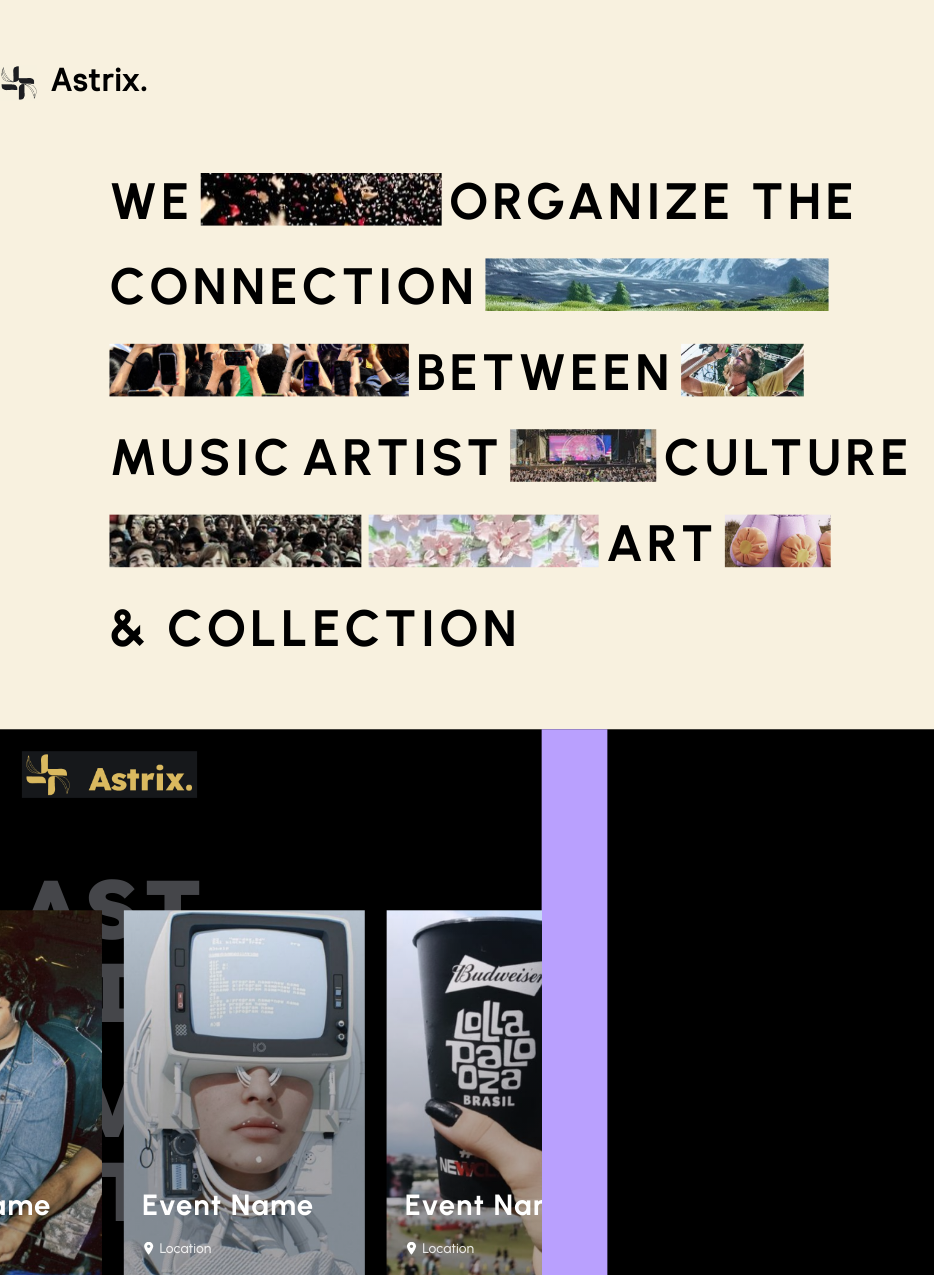
Repository: sharma171/astrix
Page: /
An editor plug-in stored every save of this project. The page is shown before and after a run of saves, followed by the edit.
The browser window is 1280 px wide. The pictures show the whole page, at 73% of full size.
The project was rebuilt for these pictures with package versions that can differ from the ones it lists, and the page was loaded fresh each time.

Above is the page before, as saved 2024-05-20 15:17:38.

### src/index.jsx
import React from 'react';
import ReactDOM from 'react-dom/client';
// import './index.css';
import App from './App';
import reportWebVitals from './reportWebVitals';

const root = ReactDOM.createRoot(document.getElementById('root'));
root.render(
  // <React.StrictMode>
    <App />
  // </React.StrictMode>
);

// If you want to start measuring performance in your app, pass a function
// to log results (for example: reportWebVitals(console.log))
// or send to an analytics endpoint. Learn more: https://bit.ly/CRA-vitals
reportWebVitals();

### src/App.jsx
import React from "react";
import { BrowserRouter as Router, Route, Routes } from "react-router-dom";
import Home from "./Home";
import "./component/main.css";
//fonts
import "./fonts/FUTURA45LIGHT.TTF";
import "./fonts/FUTURA55REGULAR.TTF";
import "./fonts/FUTURA65MEDIUM.TTF";
import "./fonts/FUTURA75BOLD.TTF";

function App() {
  return (
    <div>
      <Router>
        <Routes>
          <Route path="/" element={<Home/>} />
        </Routes>
      </Router>
    </div>
  );
}
export default App;

### src/Home.jsx
import React, { useState } from 'react';
import Hero from "./component/hero";
import HomeSection from './component/homesection';
const Home = () => {
    const [heroActive, setHeroActive] = useState(false);
    const handleActive = () => {
        setHeroActive(!heroActive);
    }
    return(
        <div>
            <div className={`floating-hero ${heroActive ? 'active' : ''}`} onClick={handleActive}>
                <Hero />
            </div>
            <div className="homesection">
                <HomeSection />
            </div>
        </div>
    );
}
export default Home;

### src/component/main.css
@import url('https://fonts.googleapis.com/css2?family=Urbanist:ital,wght@0,100..900;1,100..900&display=swap');

@font-face {
    font-family: "sebino";
    src: local("sebino"),
     url("../fonts/Sebino-Regular.ttf") format("truetype");
    font-weight: 500;
}
@font-face {
    font-family: "futuralight";
    src: local("futuralight"),
     url("../fonts/FUTURA45LIGHT.TTF") format("truetype");
    font-weight: light;
}
@font-face {
    font-family: "futuraregular";
    src: local("futuraregular"),
     url("../fonts/FUTURA55REGULAR.TTF") format("truetype");
    font-weight: regular;
}
@font-face {
    font-family: "futuramedium";
    src: local("futuramedium"),
     url("../fonts/FUTURA65MEDIUM.TTF") format("truetype");
    font-weight: medium;
}
@font-face {
    font-family: "futurabold";
    src: local("futurabold"),
     url("../fonts/FUTURA75BOLD.TTF") format("truetype");
    font-weight: bold;
}

*{
    padding: 0;
    margin: 0;
}
* a{
    text-decoration: none;
}
* .row-flex {
    display: flex;
    flex-direction: row;
}
* .col-flex {
    display: flex;
    flex-direction: column;
}
* .container {
    width: 100%;
    max-width: 1380px;
    margin: 0 auto;
}
* .bigcontainer {
    width: 100%;
    max-width: 1520px;
    margin: 0 auto;
}
#root {
    background: #000;
    min-height: 100vh;
}

### src/component/hero.jsx
import React from "react";
import Header from "./header";
import "./hero-overlay/css/hero.css";
import ImageOne from "./hero-overlay/images/heroimage1.jpeg";
import ImageTwo from "./hero-overlay/images/heroimage2.jpeg";
import ImageThree from "./hero-overlay/images/heroimage3.jpg";
import ImageFour from "./hero-overlay/images/heroimage4.png";
import ImageFive from "./hero-overlay/images/heroimage5.png";
import ImageSix from "./hero-overlay/images/heroimag6.png";
import ImageSeven from "./hero-overlay/images/heroimage7.png";
import ImageEight from "./hero-overlay/images/heroimage8.png";
const Hero = () => {
    return(
        <>
            <Header />
            <div className={`container`} >
                <div className={`hero-anim row-flex`}>
                    <h3 className="hero-text">WE</h3>
                    <img className="hero-image" src={ImageOne} alt="" />
                    <h3 className="hero-text">ORGANIZE THE</h3>
                    <h3 className="hero-text">CONNECTION</h3>
                    <img className="hero-image" src={ImageTwo} alt="" />
                    <img className="hero-image" src={ImageThree} alt="" />
                    <h3 className="hero-text">BETWEEN</h3>
                    <img className="hero-image" src={ImageFour} alt="" />
                    <h3 className="hero-text">MUSIC</h3>
                    <h3 className="hero-text">ARTIST</h3>
                    <img className="hero-image" src={ImageFive} alt="" />
                    <h3 className="hero-text">CULTURE</h3>
                    <img className="hero-image" src={ImageSix} alt="" />
                    <img className="hero-image" src={ImageSeven} alt="" />
                    <h3 className="hero-text">ART</h3>
                    <img className="hero-image" src={ImageEight} alt="" />
                    <h3 className="hero-text">& COLLECTION</h3>
                </div>
            </div>
        </>
    );
}
export default Hero;

### src/component/homesection.js
import React from "react";
import "./home.css";
import AstrixIcon from "./images/asterlogo.png";
import CarImage1 from "./images/car-image.png";
import CarImage2 from "./images/car-image2.png";
import CarImage3 from "./images/car-image3.png";
import CarImage4 from "./images/car-image4.png";
import LocationIcon from "./images/location.svg";


const HomeSection = () => {
    return(
        <>
            <div className="bigcontainer">
                <div className="row-flex">
                    <div className="col-flex car-row-col">
                        <div className="row-flex car-row-row">
                            <div className="car-col">
                                <div className="homebrand">
                                    <img src={AstrixIcon} alt="" />
                                </div>
                                <div className="carousel-inner">
                                    <span className="one">AST<br></br>RIX</span>
                                    <span className="two">EVE<br></br>NTS</span>
                                    <div className="carousel-box">
                                        <div className="car-item">
                                            <img src={CarImage1} alt="carousel" className="carimg" />
                                            <div className="overlay col-flex">
                                                <h3 className="eventname">Event Name</h3>
                                                <div className="location row-flex">
                                                    <img src={LocationIcon} alt="" className="icon" />
                                                    <span>Location</span>
                                                </div>
                                            </div>
                                        </div>
                                        <div className="car-item">
                                            <img src={CarImage2} alt="carousel" className="carimg" />
                                            <div className="overlay col-flex">
                                                <h3 className="eventname">Event Name</h3>
                                                <div className="location row-flex">
                                                    <img src={LocationIcon} alt="" className="icon" />
                                                    <span>Location</span>
                                                </div>
                                            </div>
                                        </div>
                                        <div className="car-item">
                                            <img src={CarImage3} alt="carousel" className="carimg" />
                                            <div className="overlay col-flex">
                                                <h3 className="eventname">Event Name</h3>
                                                <div className="location row-flex">
                                                    <img src={LocationIcon} alt="" className="icon" />
                                                    <span>Location</span>
                                                </div>
                                            </div>
                                        </div>
                                        <div className="car-item">
                                            <img src={CarImage4} alt="carousel" className="carimg" />
                                            <div className="overlay col-flex">
                                                <h3 className="eventname">Event Name</h3>
                                                <div className="location row-flex">
                                                    <img src={LocationIcon} alt="" className="icon" />
                                                    <span>Location</span>
                                                </div>
                                            </div>
                                        </div>
                                    </div>
                                </div>
                            </div>
                            <div className="tick-col"></div>
                        </div>
                    </div>
                    <div className="col-flex evnt-col">

                    </div>
                </div>
            </div>
        </>
    );
}
export default HomeSection;

### src/component/header.jsx
import React from 'react';
import { Link } from 'react-router-dom';
import "./hero-overlay/css/header.css"
import HeroLogo from './hero-overlay/images/png logo.png';

const Header = () => {
    return(
        <div className="ov-header">
            <div className="container">
                <div className="navmenu">
                    <Link to="#" className="row-flex">
                        <img
                            src={HeroLogo}
                            alt="Asterix-logo"
                            className="brand-logo"
                        />
                        <h1 className='brand-name'>Astrix.</h1>
                    </Link>
                </div>
            </div>
        </div>
    )
}

export default Header;

### src/component/hero-overlay/css/hero.css
.floating-hero {
    background: #f8f1df;
    min-height: 100vh;
    transition: all 2s;
    cursor: pointer;
    display: block;
    position: static;
    width: 100%;
    transition: all 3s ease-in-out;
    top: 0;
}
.floating-hero.active {
    display: block;
    position: fixed;
    top: -500%;
    left: 0;
}
.floating-hero .navmenu{
    padding-top: 90px;
}

.floating-hero .hero-anim {
    flex-wrap: wrap;
    row-gap: 40px;
    column-gap: 10px;
    padding-left: 150px;
    padding-top: 100px;
    padding-bottom: 100px;
}

.floating-hero .hero-anim .hero-image {
    max-height: 72px;
    object-fit: cover;
}
.floating-hero .hero-anim .hero-text {
    font-family: "Urbanist", sans-serif;
    font-size: 70px;
    letter-spacing: 6px;
    line-height: 1.1;
    font-weight: 700;
    color: #000;
}
.floating-hero .hero-anim .hero-image:nth-child(2) {
    animation-name: hero-first;
    animation-duration: 9s;
    animation-timing-function: ease-in-out;
    animation-iteration-count: infinite;
    animation-delay: 2s;
    width: 450px;
}
.floating-hero .hero-anim .hero-image:nth-child(5) {
    animation-name: hero-second;
    animation-duration: 9s;
    animation-timing-function: ease-in-out;
    animation-iteration-count: infinite;
    animation-delay: 2s;
    width: 620px;
}
.floating-hero .hero-anim .hero-image:nth-child(6) {
    animation-name: hero-third;
    animation-duration: 9s;
    animation-timing-function: ease-in-out;
    animation-iteration-count: infinite;
    animation-delay: 2s;
    width: 340px;
}
.floating-hero .hero-anim .hero-image:nth-child(11) {
    animation-name: hero-four;
    animation-duration: 9s;
    animation-timing-function: ease-in-out;
    animation-iteration-count: infinite;
    animation-delay: 2s;
    width: 300px;
}
.floating-hero .hero-anim .hero-image:nth-child(13) {
    animation-name: hero-fifth;
    animation-duration: 9s;
    animation-timing-function: ease-in-out;
    animation-iteration-count: infinite;
    animation-delay: 2s;
    width: 190px;
}
.floating-hero .hero-anim .hero-image:nth-child(14) {
    animation-name: hero-sixth;
    animation-duration: 9s;
    animation-timing-function: ease-in-out;
    animation-iteration-count: infinite;
    animation-delay: 2s;
    width: 255px;
}
@keyframes hero-first {
    0% {
        width: 450px;
    }
    25% {
        width: 330px;
    }
    50% {
        width: 330px;
    }
    75% {
        width: 450px;
    }
    100% {
        width: 450px;
    }
}
@keyframes hero-second {
    0% {
        width: 620px;
    }
    25% {
        width: 470px;
    }
    50% {
        width: 470px;
    }
    75% {
        width: 620px;
    }
    100% {
        width: 620px;
    }
}
@keyframes hero-third {
    0% {
        width: 340px;
    }
    25% {
        width: 410px;
    }
    50% {
        width: 410px;
    }
    75% {
        width: 340px;
    }
    100% {
        width: 340px;
    }
}
@keyframes hero-four {
    0% {
        width: 300px;
    }
    25% {
        width: 200px;
    }
    50% {
        width: 200px;
    }
    75% {
        width: 300px;
    }
    100% {
        width: 300px;
    }
}
@keyframes hero-fifth {
    0% {
        width: 190px;
    }
    25% {
        width: 345px;
    }
    50% {
        width: 345px;
    }
    75% {
        width: 190px;
    }
    100% {
        width: 190px;
    }
}
@keyframes hero-sixth {
    0% {
        width: 255px;
    }
    25% {
        width: 315px;
    }
    50% {
        width: 315px;
    }
    75% {
        width: 255px;
    }
    100% {
        width: 255px;
    }
}

### src/component/home.css
@import url('https://fonts.googleapis.com/css2?family=Lexend:wght@100..900&family=Roboto+Slab:wght@100..900&display=swap');

/* Carousel columns */


.homesection .car-row-col {
    width: 65%;
}
.homesection .car-row-row {
    flex-wrap: nowrap;
    width: 100%;
}
.homesection .car-col {
    width: calc(100% - 90px);
}
.homesection .tick-col {
    width: 90px;
    background: #b9a0fe;
}
.homesection .car-col .homebrand {
    margin-top: 30px;
    margin-left: 30px;
}
.homesection .car-col .homebrand img{
    width: 240px;
}

.homesection .car-col .carousel-inner {
    position: relative;
    margin: 90px 0 0 0;
}

.homesection .car-col .carousel-inner .one {
    position: absolute;
    top: 0;
    color: #45464a;
    font-family: "Lexend", sans-serif;
    font-size: 114px;
    line-height: 1;
    font-weight: 800;
    letter-spacing: 8px;
    margin-left: 30px;
    z-index: 1;
}
.homesection .car-col .carousel-inner .two {
    position: absolute;
    bottom: 60px;
    color: #45464a;
    font-family: "Lexend", sans-serif;
    font-size: 114px;
    line-height: 1;
    font-weight: 800;
    letter-spacing: 8px;
    margin-left: 30px;
    z-index: 1;
}
.homesection .car-col .carousel-inner .carousel-box {
    z-index: 10;
    position: relative;
    padding-top: 60px;
    padding-left: 28%;
    gap: 30px;
    display: flex;
    flex-direction: row;
    overflow: hidden;
}
.homesection .car-col .carousel-inner .carousel-box .car-item {
    height: 500px;
    width: 330px;
    max-height: 500px;
    max-width: 330px;
    position: relative;
    animation-name: carousel;
    animation-delay: 2s;
    animation-duration: 10s;
}
@keyframes carousel {
    0% {
        transform: translate(0%);
    }
    30% {
        transform: translate(-80%);
    }
    33.5% {
        transform: translate(-75%);
    }
    33.5% {
        transform: translate(-75%);
    }
    53.5% {
        transform: translate(-190%);
    }
    57.0% {
        transform: translate(-184%);
    }
    87% {
        transform: translate(-300%);
    }
    90% {
        transform: translate(-294%);
    }
    100% {
        transform: translate(-294%);
    }
}

.homesection .car-col .carousel-inner .carousel-box .car-item .carimg {
    height: 500px;
    width: 330px;
    max-height: 500px;
    max-width: 330px;
    object-fit: cover;
}

.homesection .car-col .carousel-inner .carousel-box .car-item .overlay {
    position: absolute;
    top: 0;
    left: 0;
    width: 100%;
    height: 100%;
    display: flex;
    justify-content: flex-end;
    align-items: flex-start;
    color: #fff;
    font-family: "Urbanist", sans-serif;
    background: linear-gradient(0deg, rgb(0 0 0 / 29%) 40%, rgb(0 0 0 / 0%) 100%);
}

.homesection .car-col .carousel-inner .carousel-box .car-item .overlay .eventname {
    font-size: 40px;
    font-weight: 700;
    line-height: 1;
    margin: 25px 25px 30px 25px;
    letter-spacing: 1.7px;
}
.homesection .car-col .carousel-inner .carousel-box .car-item .overlay .location {
    margin: 0px 25px 25px 25px;
    gap: 6px
}
.homesection .car-col .carousel-inner .carousel-box .car-item .overlay .location .icon {
    width: 18px;
    height: 18px;
}
.homesection .car-col .carousel-inner .carousel-box .car-item .overlay .location span {
    font-size: 19px;
    font-weight: 500;
    line-height: 1.1;
    color: #ffffffd6;
}


/* //Event columns */
.homesection .evnt-col{
    width: 35%;
}

### src/component/hero-overlay/css/header.css
.ov-header .navmenu .brand-logo {
    width: 50px;
    height: auto;
}
.ov-header .brand-name {
    font-family: "sebino";
    color: black;
    font-size: 43px;
    line-height: 0.8;
    align-self: center;
    margin-left: 20px;
    letter-spacing: 1.5px;
}

Loaded but not shown: public/index.html (common file); src/reportWebVitals.js (common file)

After the next 2 saves:
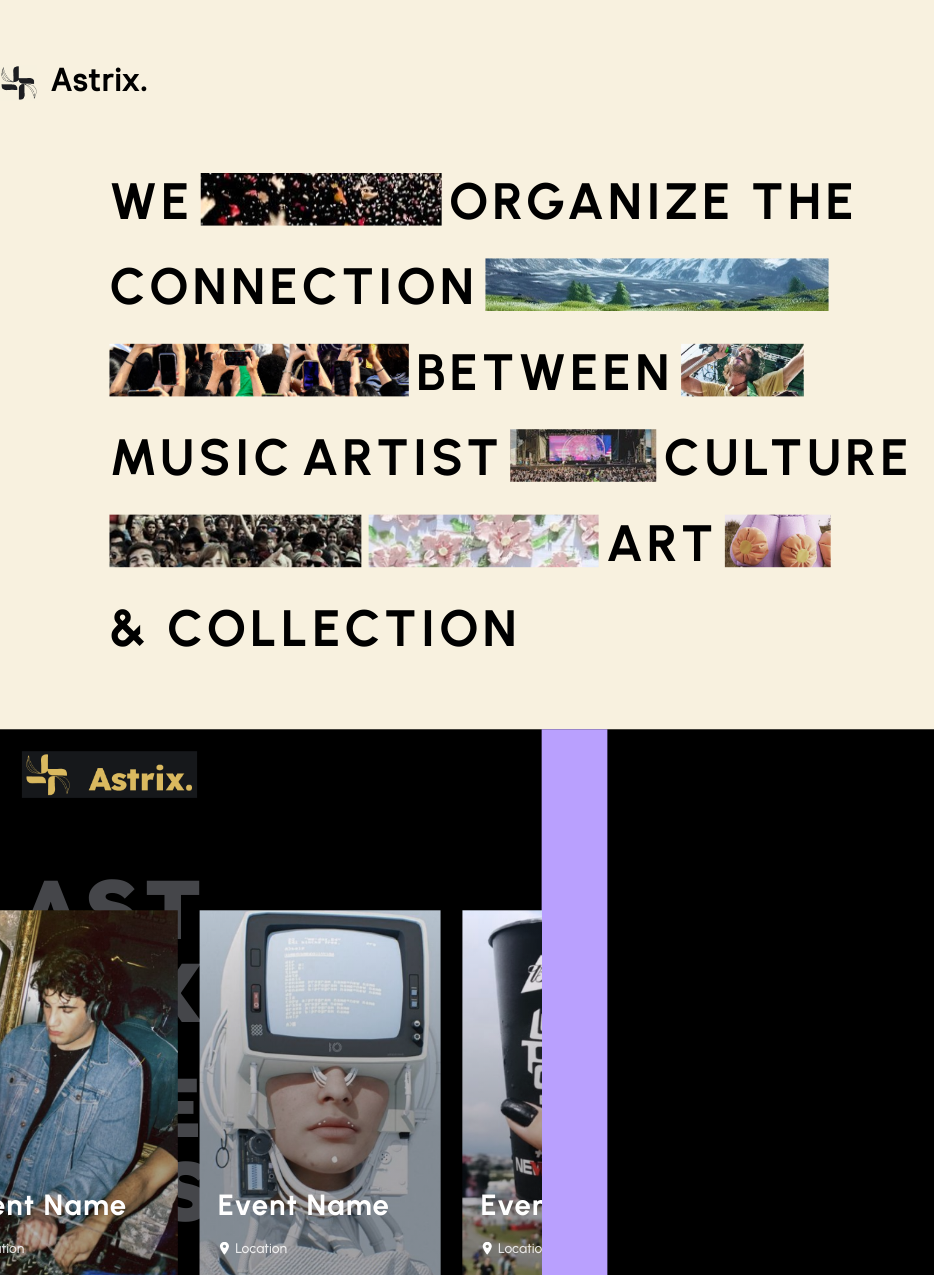
The 2 saves are shown as one change because they came seconds apart.
The last was saved 38 s later.
--- a/src/component/home.css
+++ b/src/component/home.css
@@ -73,6 +73,8 @@
     animation-name: carousel;
     animation-delay: 2s;
     animation-duration: 10s;
+    animation-iteration-count:infinite;
+    animation-timing-function: ease-in-out;
 }
 @keyframes carousel {
     0% {
@@ -89,6 +91,9 @@
     }
     53.5% {
         transform: translate(-190%);
+    }
+    57.0% {
+        transform: translate(-184%);
     }
     57.0% {
         transform: translate(-184%);
